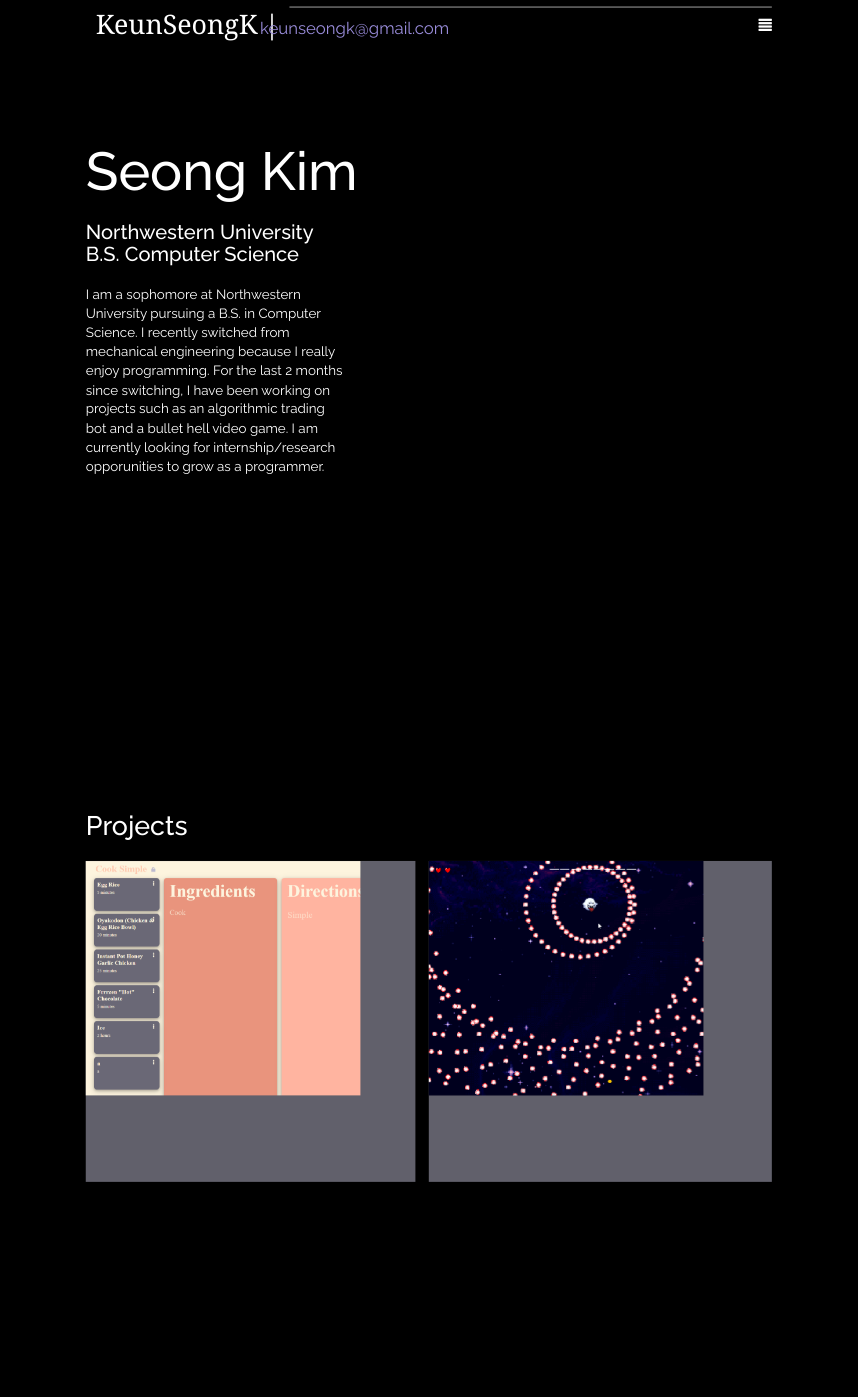
Repository: oqueuo/personal-site
Page: index.html
An editor plug-in stored every save of this project. The page is shown before and after a run of saves, followed by the edit.
The browser window is 1280 px wide. The pictures show the whole page, at 67% of full size.

Above is the page before, as saved 2020-09-21 18:14:42.

After the next 3 saves:
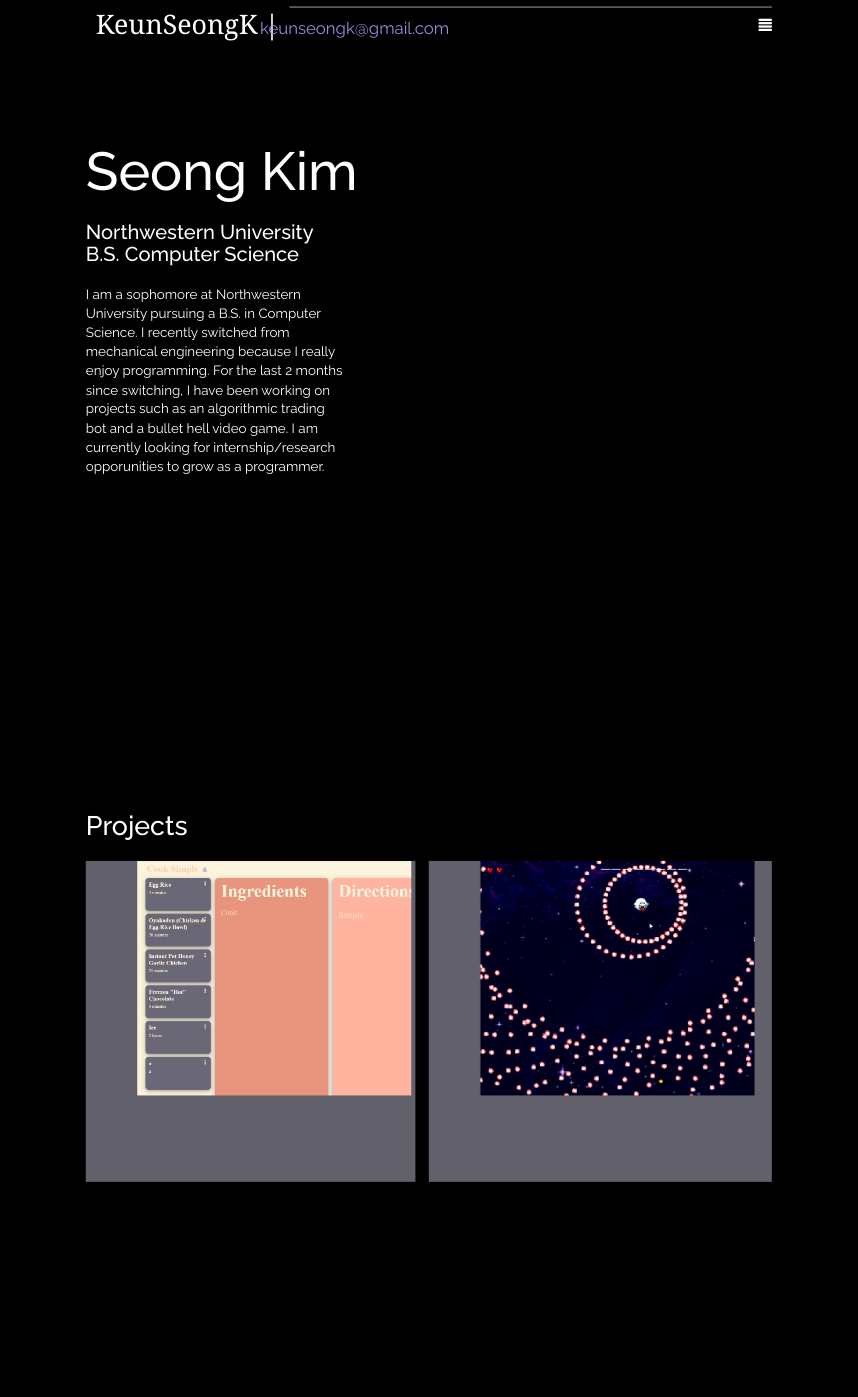
The 3 saves are shown as one change because they came seconds apart.
The last was saved 31 s later.
--- a/styles.css
+++ b/styles.css
@@ -127,10 +127,7 @@ ul a:active, #email:active, .more-info-on-github:active {
     height: 70%;
     position: absolute;
     background-size: cover;
-    margin-left: auto !important;
-    margin-right: auto !important;
-    margin-top: auto !important;
-    margin-bottom: auto !important;
+    margin-left: 15% !important;
     transition: .5s ease;
     backface-visibility: hidden;
 }
